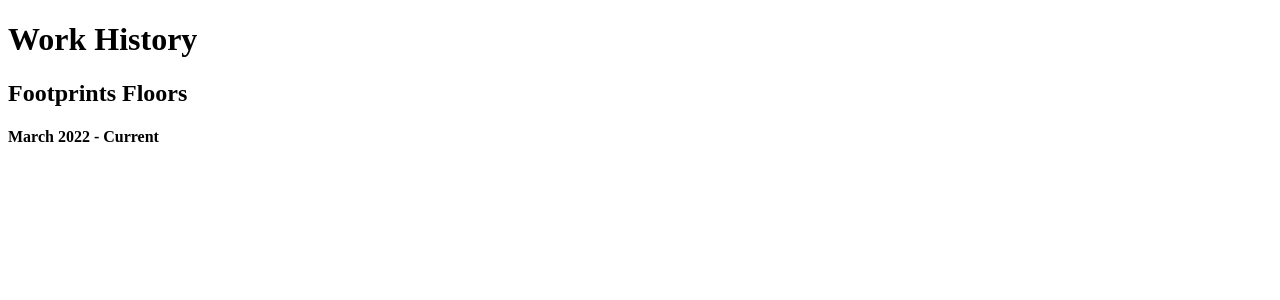
Repository: TEazy2433/LAB-HTML-Resume
Page: index.html
These files come from the project's save history. The page is drawn as it stood at one moment and after the next save; the edit follows.
The browser window is 1280 px wide. The pictures show the whole page.

Above is the page before, as saved 2023-10-11 18:32:03.

### index.html
<!DOCTYPE html>
<html lang="en">
<head>
  <meta charset="UTF-8">
  <meta name="viewport" content="width=device-width, initial-scale=1.0">
  <title>Resume</title>
<link rel="stylesheet" href="main.css">
</head>
<body>
  <H1>Work History</H1>
  <article id="articleOne">
    <h2>Footprints Floors</h2>
    <h4>March 2022 - Current</h4>

  </article>
  <script src="main.js"></script>
</body>
</html>

### main.js
console.log("Resume");

Loaded but not shown: main.css (common file)

After the next save:
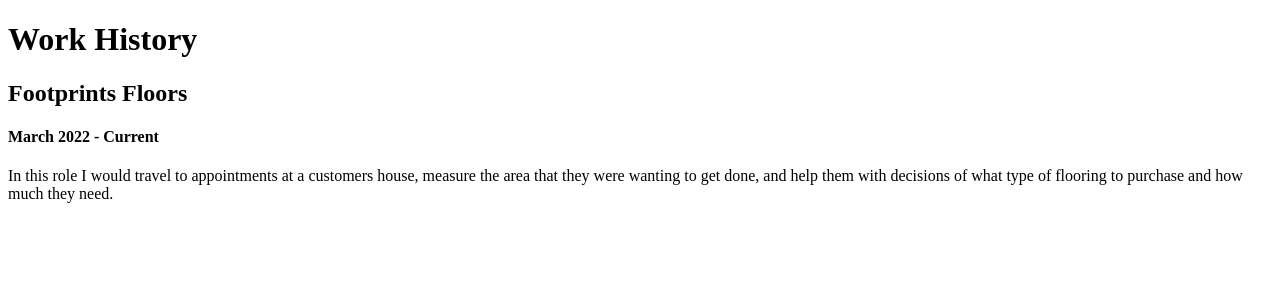
Saved 3 min 53 s later.
--- a/index.html
+++ b/index.html
@@ -11,6 +11,8 @@
   <article id="articleOne">
     <h2>Footprints Floors</h2>
     <h4>March 2022 - Current</h4>
+    <section></section>
+      <p>In this role I would travel to appointments at a customers house, measure the area that they were wanting to get done, and help them with decisions of what type of flooring to purchase and how much they need. </p>
 
   </article>
   <script src="main.js"></script>
